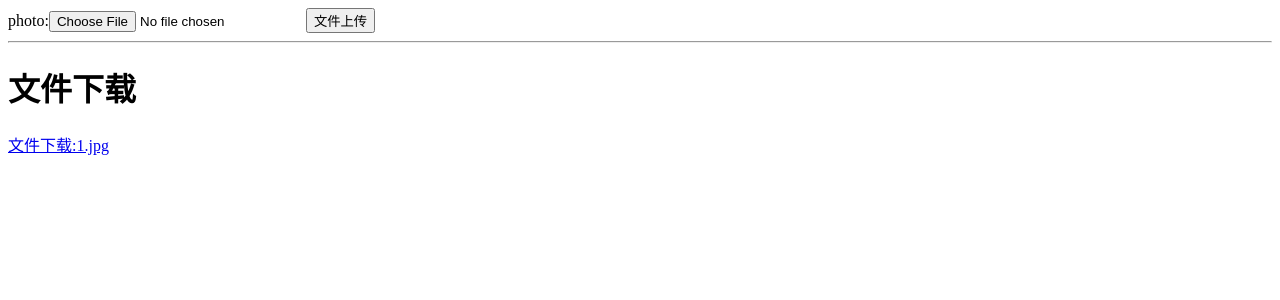
Repository: byuan98/study
Page: http://localhost/day097web/jsps/index3.jsp
An editor plug-in stored every save of this project. The page is shown before and after the next save, followed by the edit.
The browser window is 1280 px wide. The pictures show the whole page.
The page is served by Tomcat 9. Other server files are loaded and not shown.

Above is the page before, as saved 2021-04-25 01:50:21.

### day097web/WebContent/jsps/index3.jsp
<%@ page language="java" contentType="text/html; charset=UTF-8" pageEncoding="UTF-8"%>
<%@ taglib prefix="core" uri="http://java.sun.com/jsp/jstl/core"%>
<!DOCTYPE html>
<html>
<head>
<meta charset="UTF-8">
<script type="text/javascript" src="<core:url value='/js/jquery-1.6.4.min.js'/>"></script>
<title>Insert title here</title>
</head>
<body>
    <form action="<core:url value='/test3/upload.action'/>" method="post" enctype="multipart/form-data">
        photo:<input type="file" name="photo"/>
        <input type="submit" value="文件上传"/>
    </form>
    <hr/>
    <h1>文件下载</h1>
    <a href="<core:url value='/test3/download.action?fileName=1.jpg'/>">文件下载:1.jpg</a>
</body>
</html>

Loaded but not shown: day097web/WebContent/js/jquery-1.6.4.min.js (library)

After the next save:
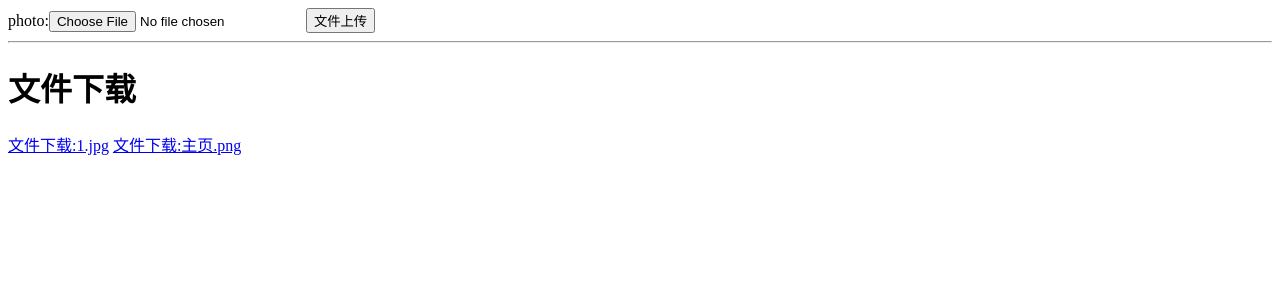
Saved 52 s later.
--- a/day097web/WebContent/jsps/index3.jsp
+++ b/day097web/WebContent/jsps/index3.jsp
@@ -15,5 +15,6 @@
     <hr/>
     <h1>文件下载</h1>
     <a href="<core:url value='/test3/download.action?fileName=1.jpg'/>">文件下载:1.jpg</a>
+    <a href="<core:url value='/test3/download.action?fileName=主页.png'/>">文件下载:主页.png</a>
 </body>
 </html>
